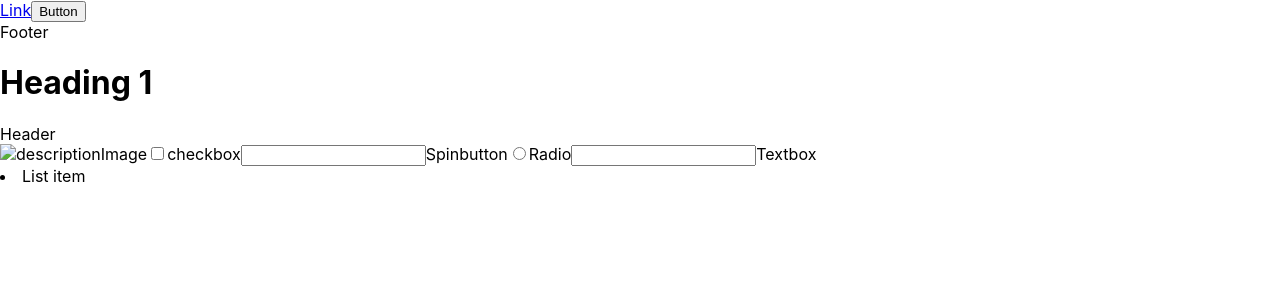
Repository: AiTrinh303/Jest_Sample
Page: / (app in small-test/)
The author's editor kept a copy of each file at every save. The page is drawn from the files as they stood at one save, then again after a run of saves.
The browser window is 1280 px wide. The pictures show the whole page.
The project was rebuilt for these pictures with package versions that can differ from the ones it lists, and the page was loaded fresh each time.

Above is the page before, as saved 2024-11-25 20:46:58.

### small-test/src/App.js

function App() {
  return (
    <div>
      <a href="/">Link</a>
      <button>Button</button>
      <footer>Footer</footer>
      <h1>Heading 1</h1>
      <header>Header</header>
      <img alt="description"/>Image
      <input type="checkbox"/>checkbox
      <input type="number"/>Spinbutton
      <input type="radio"/>Radio
      <input type="text"/>Textbox
      <li>List item</li>

    </div>
  );
}

export default App;

Loaded but not shown: small-test/public/index.html (common file); small-test/src/index.js (common file); small-test/src/index.css (common file); small-test/src/reportWebVitals.js (common file)

After the next 5 saves:
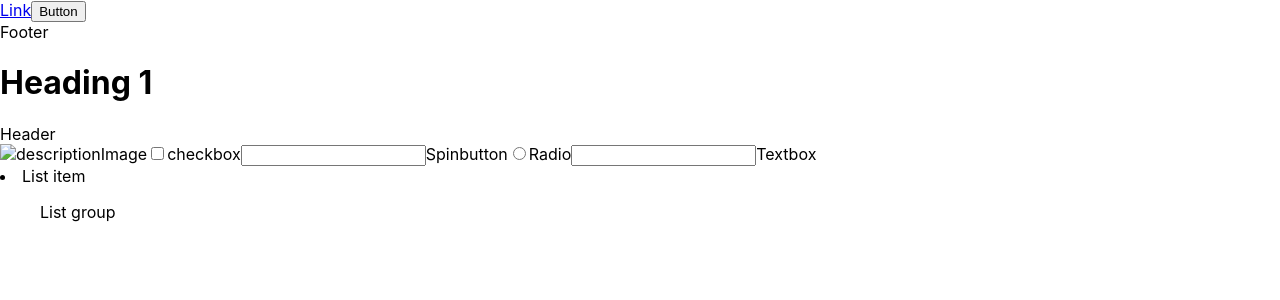
The 5 saves are shown as one change because they came seconds apart.
The last was saved 14 s later.
--- a/small-test/src/App.js
+++ b/small-test/src/App.js
@@ -13,7 +13,7 @@ function App() {
       <input type="radio"/>Radio
       <input type="text"/>Textbox
       <li>List item</li>
-
+      <ul>List group</ul>
     </div>
   );
 }
